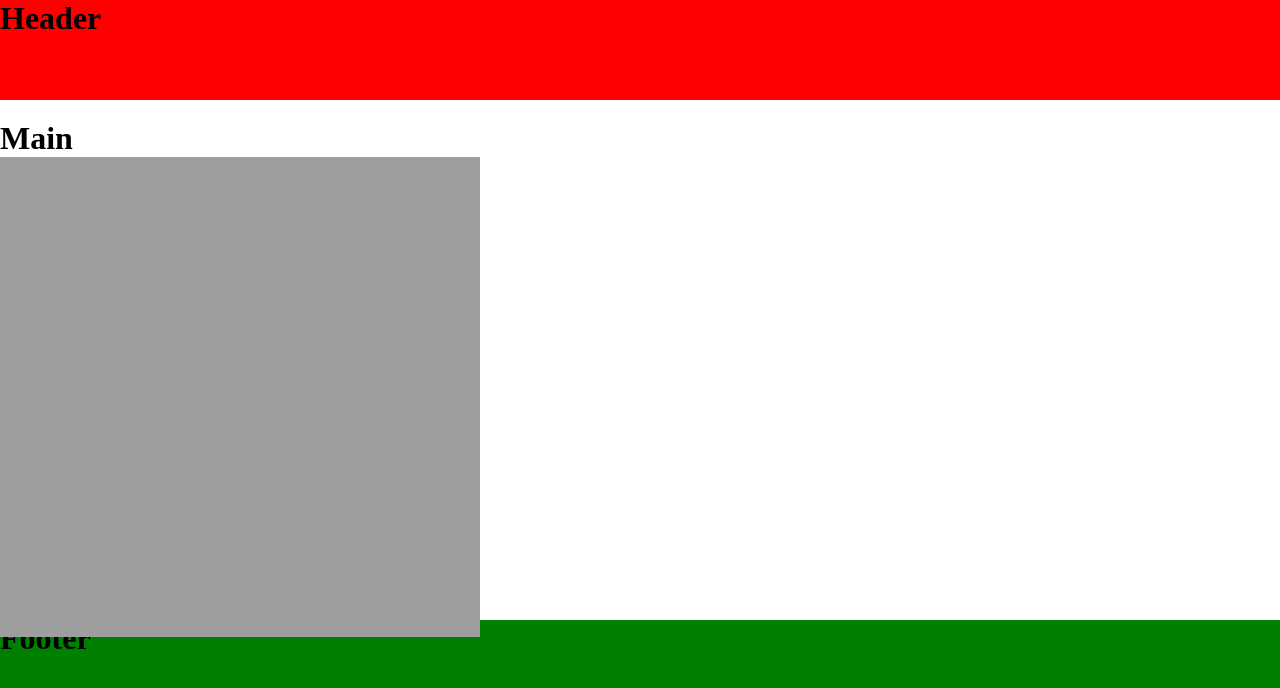
Repository: jameswilky/chess
Page: index.html
The author's editor kept a copy of each file at every save. The page is drawn from the files as they stood at one save, then again after the next save.
The browser window is 1280 px wide. The pictures show the whole page.

Above is the page before, as saved 2018-11-21 20:32:34.

### index.html
<!DOCTYPE html>
<html>

<head>
    <meta charset="utf-8" />
    <title>Chess</title>
    <link href="style.css" rel="stylesheet">
</head>

<body>

    <div class="wrapper">
        <header>
            <h1>Header</h1>

        </header>
    </div>
    <div class="game">
        <h1>Main</h1>
        <canvas id="board"></canvas>
        <canvas id="markers"></canvas>
        <canvas id="chessmen_layer"></canvas>
    </div>
    <footer>
        <h1>Footer</h1>
    </footer>
    </div>





</body>

<script src="board.js"></script>
<script src="chessmen.js"></script>
<script src="mouse.js"></script>
<script src="game.js"></script>

</html>

### style.css
* {
  padding: 0;
  margin: 0;
}

.game{
  position: absolute;
  height: 480px;
  width: 480px;
  grid-area: game;
  top:100px;
  bottom:100px;
  margin:auto;
}

#board {
  left : 0; z-index:0; position: absolute;
}

#markers {
  left : 0; z-index:0; position: absolute;
}

#chessmen_layer {
 left : 0; z-index:1; position: absolute;
}

header{
  position: absolute;
  background-color: red;
  top:0;
  right: 0;
  left: 0;
  height: 100px;
}

footer{
  position: absolute;
  right: 0;
  left: 0;
  background-color: green;
  height: 100px;
  bottom: 0;
}

### board.js
//Define globals
const WIDTH = 480;
const HEIGHT = 480;
const N = 8;
const TILE_SIZE = HEIGHT / N; // 60

//Define board canvas
const board = document.getElementById("board");
const board_ctx = board.getContext("2d");
board.height = HEIGHT;
board.width = WIDTH;
let primary_color = "#a87e2b";
let secondary_color = "#ffdf9e";

//Define marker layer
const markers = document.getElementById("markers");
const markers_ctx = markers.getContext("2d");
markers.height = HEIGHT;
markers.width = WIDTH;

//Define chessmen layer
const chessmen_layer = document.getElementById("chessmen_layer");
const chessmen_ctx = chessmen_layer.getContext("2d");
chessmen_layer.height = HEIGHT;
chessmen_layer.width = WIDTH;

//Used for drawing
function drawRect(ctx, x, y, color) {
  ctx.beginPath();
  ctx.rect(x, y, TILE_SIZE, TILE_SIZE);
  ctx.fillStyle = color;
  ctx.fill();
  ctx.closePath();
}

function initialize_board() {
  // Initialize graphical and logical board
  let i, j, x, y = 0;
  let prev_color;
  for (i = 0; i < N; i++) {
    y = TILE_SIZE * i;
    if (i % 2 == 0) { //If even, start with a black grid
      prev_color = secondary_color;
    }
    else { //If odd, start with a #ffcf7c grid
      prev_color = primary_color;
    }
    for (j = 0; j < N; j++) {
      x = TILE_SIZE * j;

      if (prev_color == primary_color) { //If last block black, make this block #ffcf7c
        prev_color = secondary_color;
      }
      else if (prev_color == secondary_color) { //If last block #ffcf7c, make this block black
        prev_color = primary_color;
      }
      drawRect(board_ctx, x, y, prev_color);

    }
  }
}

### chessmen.js
let chessmen = []; // Hold living chest piece objects

// Populate list of current chess pieces
function init_chessmen(items) {
  for (let id = 0; id < items.length; id++) {
    chessmen[id] = new Chessman(id, items[id].type, items[id].row, items[id].col, items[id].faction);
    chessmen[id].render(chessmen_ctx);
  }
}

//Chest piece constructor
function Chessman(id, type, row, col, faction) {
  this.name = type + "_" + faction + "_" + id;
  this.id = id;
  this.type = type;
  this.position = {
    logical: { col: col, row: row },
    graphical: { //calculate position of chest piece
      x: (col * TILE_SIZE), y: (row * TILE_SIZE)
    }
  }
  this.faction = faction;
  this.sprite = "/images/" + type + "_" + faction + ".png";
  this.options = []; // holds objects containing possible locations to move
  this.render = function () {
    //Draws the chest piece
    let img = new Image();
    let x = this.position.graphical.x;
    let y = this.position.graphical.y;
    console.log(x, y)

    img.onload = function () {
      //Loads when img.src is called
      chessmen_ctx.beginPath();
      chessmen_ctx.drawImage(img, x, y);
      chessmen_ctx.closePath();
    }
    img.src = this.sprite;
  }
  this.derender = function () {
    chessmen_ctx.beginPath();
    chessmen_ctx.clearRect(this.position.graphical.x, this.position.graphical.y, TILE_SIZE, TILE_SIZE);
    chessmen_ctx.closePath();
  }
  this.calculate_movement_options = function () {
    //This function is used to determine the coordinates of each possible move for a selected tile
    this.options = []; //clear last options
    let j = 0;
    let i = 0; //used to iterate through list of options
    //console.log(type, faction, row, col)
    let r = this.position.logical.row;
    let c = this.position.logical.col;

    let options = this.options;

    function check_tile(row, col, diag, isPawn) {
      //diag is an optional variable for pawn sideways movement logic
      diag = diag || false;
      isPawn = isPawn || false;

      //Checks the status of the board to see if the chessman can move to selected tile

      let option = {}; //edited, used to hold {faction:faction}
      //Check tile does not exceed bounds of the board
      if (row > 7 || row < 0 || col > 7 || col < 0) {
        return false;
      }

      //Check if target tile contains a chessman of same faction
      let isFriendly = false;
      let isEnemy = false;

      chessmen.forEach(chessman => {
        if (chessman.position.logical.row == row && chessman.position.logical.col == col) { //Check if position is occupied
          if (chessman.faction == faction) {
            isFriendly = true;
          }
          else { //tile is occupied by enemy
            isEnemy = true;
          }
          option.contains = chessman;
        }
      })

      //pawn logic
      if (diag && isEnemy) {
        option.row = row;
        option.col = col;
        options[i] = option;
        i++;
      }
      if (diag && !isEnemy) {
        return
      }

      //if tile does not contain friendly chessmen, or if its an enemy create new option
      if (!isFriendly || isEnemy) {
        option.row = row;
        option.col = col;
        options[i] = option;
        i++;
      }
      return isFriendly || isEnemy;

    }

    if (this.type == "pawn") {
      if (this.faction == "black") {
        check_tile(r + 1, c);//south
        check_tile(r + 1, c + 1, true) // south East
        check_tile(r + 1, c - 1, true) //south West
        if (this.nMoves == 0) {
          check_tile(r + 2, c); //Extra move on first turn
        }
      }
      if (this.faction == "white") {
        check_tile(r - 1, c); //north
        check_tile(r - 1, c + 1, true) // North East
        check_tile(r - 1, c - 1, true) //North West
        if (this.nMoves == 0) {
          check_tile(r - 2, c); //Extra move on first turn
        }
      }
    }
    if (this.type == "rook") {
      for (j = 0; j < N; j++) {// South
        if (check_tile(r + j + 1, c) == true) break
      }
      for (j = 0; j < N; j++) {// East
        if (check_tile(r, c + j + 1) == true) break
      }
      for (j = 0; j < N; j++) {// North
        if (check_tile(r - j - 1, c) == true) break
      }
      for (j = 0; j < N; j++) {// West
        if (check_tile(r, c - j - 1) == true) break
      }
    }
    if (this.type == "bishop") {
      for (j = 0; j < N; j++) { // South East
        if (check_tile(r + 1 + j, c + 1 + j) == true) break
      }
      for (j = 0; j < N; j++) { // South West
        if (check_tile(r + 1 + j, c - 1 - j) == true) break
      }
      for (j = 0; j < N; j++) { // North East
        if (check_tile(r - 1 - j, c + 1 + j) == true) break
      }
      for (j = 0; j < N; j++) { // North west
        if (check_tile(r - 1 - j, c - 1 - j) == true) break
      }
    }
    if (this.type == "queen") {
      for (j = 0; j < N; j++) { // South East
        if (check_tile(r + 1 + j, c + 1 + j) == true) break
      }
      for (j = 0; j < N; j++) { // South West
        if (check_tile(r + 1 + j, c - 1 - j) == true) break
      }
      for (j = 0; j < N; j++) { // North East
        if (check_tile(r - 1 - j, c + 1 + j) == true) break
      }
      for (j = 0; j < N; j++) { // North west
        if (check_tile(r - 1 - j, c - 1 - j) == true) break
      }
      for (j = 0; j < N; j++) {// South
        if (check_tile(r + j + 1, c) == true) break
      }
      for (j = 0; j < N; j++) {// East
        if (check_tile(r, c + j + 1) == true) break
      }
      for (j = 0; j < N; j++) {// North
        if (check_tile(r - j - 1, c) == true) break
      }
      for (j = 0; j < N; j++) {// West
        if (check_tile(r, c - j - 1) == true) break
      }
    }
    if (this.type == "king") {
      check_tile(r + 1, c + 1) //South East
      check_tile(r + 1, c - 1) //South West
      check_tile(r - 1, c + 1) // North East
      check_tile(r - 1, c - 1) //North West
      check_tile(r + 1, c) //south
      check_tile(r, c + 1) //east
      check_tile(r - 1, c) //north
      check_tile(r, c - 1) //west

    }
    if (this.type == "knight") {
      // Check each tile in clockwise order
      check_tile(r - 2, c + 1)
      check_tile(r - 1, c + 2)
      check_tile(r + 1, c + 2)
      check_tile(r + 2, c + 1)
      check_tile(r + 2, c - 1)
      check_tile(r + 1, c - 2)
      check_tile(r - 1, c - 2)
      check_tile(r - 2, c - 1)
    }

    //return array of options containing locations to highlight

  }
  this.show_movement_options = function () {
    this.options.forEach(option => {
      //Represent each available movement option with a highlighted tile
      drawRect(markers_ctx, (option.col * TILE_SIZE), (option.row * TILE_SIZE), "#635e55");
    })
  }
  this.hover = false;
  this.isKing = false;
  if (this.type == "king") {
    this.isKing = true;
  }

  this.nMoves = 0;
  this.points;
  if (this.type == "king") {
    this.points = 10;
  }
  if (this.type == "queen") {
    this.points = 9;
  }
  if (this.type == "bishop") {
    this.points = 3;
  }
  if (this.type == "knight") {
    this.points = 3;
  }
  if (this.type == "rook") {
    this.points = 5;
  }
  if (this.type == "pawn") {
    this.points = 1;
  }

  //Update graphical and logical position
  this.moveTo = function (col, row) {


    function moveIsValid(r1, r2, c1, c2, options) {
      let valid = false;

      if ((r1 == r2) && (c1 == c2)) {
        // if logical position is the same, no move was made
        valid = false;
      }
      options.forEach(option => {
        if (option.row == r2 && option.col == c2) {
          //todo check faction
          valid = true;
        }
      })
      return valid
    }

    if (moveIsValid(this.position.logical.row, row, this.position.logical.col, col, this.options)) {
      //If valid, Check if enemy chessman has been killed
      //check if desination contains an enemy
      let target = chessmen.find(chessman => {
        return (chessman.position.logical.row == row && chessman.position.logical.col == col)
      })

      // then render at new position and update logical position
      //console.log("Changed position of", chessman, "from row:", chessman.position.logical.row, " col:", chessman.position.logical.col, " to row:", row, "col:", col)

      this.derender(); //De render previous position
      this.position.logical.col = col;
      this.position.logical.row = row;
      this.position.graphical.x = this.position.logical.col * TILE_SIZE;
      this.position.graphical.y = this.position.logical.row * TILE_SIZE;
      this.derender(); //remove any chess pieces
      this.render();

      //If destination contains emeny, remove it from list of active chessmen
      if (target) {
        chessmen.splice(chessmen.indexOf(target), 1);
      }

      this.nMoves++; //used to testing if pawn is moved
      // // trigger movement event
      let event = new CustomEvent('moved');
      document.dispatchEvent(event);
    }
    else {
      //re-render original position
      this.render();
    }
  }
}

// Update location of chest pieces
function render_markers() {
  //Clear all markers
  markers_ctx.clearRect(0, 0, HEIGHT, WIDTH);

  //find chessman that matches mouse location and show movement markers
  chessmen.forEach(chessman => {
    if (chessman.hover == true) {
      chessman.show_movement_options();
    }
  });


}

### mouse.js
let dragging = false;
let selector = document.createElement("img");
;

selector.ondragstart = function () {
  return false;
};

//Compare two row/col coordinates
function coordsMatch(coord, piece) {
  let xmin = piece.x;
  let xmax = piece.x + TILE_SIZE;

  let ymin = piece.y;
  let ymax = piece.y + TILE_SIZE;

  if (
    (coord.x >= xmin) &&
    (coord.x < xmax) &&
    (coord.y >= ymin) &&
    (coord.y < ymax)
  ) {
    return true
  }
}

//Listen for when we hover over a chest piece, then draw the movement options
chessmen_layer.addEventListener('mousemove', (e) => {
  if (dragging == false) {
    let pos = {
      x: e.clientX,
      y: e.clientY
    };
    //Check all chessmen and check if clicked location matches a chessman location
    chessmen.forEach(chessman => {
      if (coordsMatch(pos, chessman.position.graphical)) {
        //If true, select that chessman
        chessman.hover = true;
      }
      else {
        //Otherwise, that chessman was not selected
        chessman.hover = false;
      }
    })
    render_markers();
  }
})

//Click and drag chessmen
chessmen_layer.addEventListener('mousedown', (e) => {

  dragging = true; //stop markers rendering while dragging pieces
  let pos = {
    x: e.clientX,
    y: e.clientY
  }
  //Check all chessmen and check if clicked location matches a chessman location
  chessmen.forEach(chessman => {
    if (coordsMatch(pos, chessman.position.graphical)) {
      if (chessman.faction == "black") {
        dragging = false;
        return
      }
      //If true, derender chessman from chessman_layer, and redraw on selector layer
      chessman.derender();

      //draw selector
      selector.style.position = 'absolute';
      selector.src = chessman.sprite;
      selector.id = 'selector';
      document.body.append(selector);

      //center selector at mouse locaiton
      moveAt(pos.x, pos.y);

      function moveAt(x, y) {
        selector.style.left = x - TILE_SIZE / 2 + 'px';
        selector.style.top = y - TILE_SIZE / 2 + 'px';
      }

      function onMouseMove(moveEvent) {
        moveAt(moveEvent.clientX, moveEvent.clientY);
      }

      // selector will follow mouse on movement
      document.addEventListener('mousemove', onMouseMove);


      // drop the selector, remove unneeded handlers
      chessmen_layer.onmouseup = function (upevent) {
        document.removeEventListener('mousemove', onMouseMove);

        //clear selector
        selector.src = ""
        // console.log("before", document.getElementById('selector'))
        // document.body.removeChild(document.getElementById('selector'))
        // console.log("after", document.getElementById('selector'))

        //convert mouse pos to a row/col logical value
        let dest = {
          x: Math.trunc(upevent.clientX / TILE_SIZE),
          y: Math.trunc(upevent.clientY / TILE_SIZE)
        }

        //console.log("Event 1")
        dragging = false; // allow marker rendering to continue
        chessmen_layer.onmouseup = null;
        //Update chessman logical location and snap to grid
        chessman.moveTo(dest.x, dest.y)
      };
    }
  })
})

### game.js
//Initialize default locations
let default_locations = [
  { tile: 0, type: "rook", row: 0, col: 0, faction: "black" },
  { tile: 1, type: "knight", row: 0, col: 1, faction: "black" },
  { tile: 2, type: "bishop", row: 0, col: 2, faction: "black" },
  { tile: 3, type: "king", row: 0, col: 3, faction: "black" },
  { tile: 4, type: "queen", row: 0, col: 4, faction: "black" },
  { tile: 5, type: "bishop", row: 0, col: 5, faction: "black" },
  { tile: 6, type: "knight", row: 0, col: 6, faction: "black" },
  { tile: 7, type: "rook", row: 0, col: 7, faction: "black" },
  { tile: 8, type: "pawn", row: 1, col: 0, faction: "black" },
  { tile: 9, type: "pawn", row: 1, col: 1, faction: "black" },
  { tile: 10, type: "pawn", row: 1, col: 2, faction: "black" },
  { tile: 11, type: "pawn", row: 1, col: 3, faction: "black" },
  { tile: 12, type: "pawn", row: 1, col: 4, faction: "black" },
  { tile: 13, type: "pawn", row: 1, col: 5, faction: "black" },
  { tile: 14, type: "pawn", row: 1, col: 6, faction: "black" },
  { tile: 15, type: "pawn", row: 1, col: 7, faction: "black" },

  { tile: 48, type: "pawn", row: 6, col: 0, faction: "white" },
  { tile: 49, type: "pawn", row: 6, col: 1, faction: "white" },
  { tile: 50, type: "pawn", row: 6, col: 2, faction: "white" },
  { tile: 51, type: "pawn", row: 6, col: 3, faction: "white" },
  { tile: 52, type: "pawn", row: 6, col: 4, faction: "white" },
  { tile: 53, type: "pawn", row: 6, col: 5, faction: "white" },
  { tile: 54, type: "pawn", row: 6, col: 6, faction: "white" },
  { tile: 55, type: "pawn", row: 6, col: 7, faction: "white" },
  { tile: 56, type: "rook", row: 7, col: 0, faction: "white" },
  { tile: 57, type: "knight", row: 7, col: 1, faction: "white" },
  { tile: 58, type: "bishop", row: 7, col: 2, faction: "white" },
  { tile: 59, type: "king", row: 7, col: 3, faction: "white" },
  { tile: 60, type: "queen", row: 7, col: 4, faction: "white" },
  { tile: 61, type: "bishop", row: 7, col: 5, faction: "white" },
  { tile: 62, type: "knight", row: 7, col: 6, faction: "white" },
  { tile: 63, type: "rook", row: 7, col: 7, faction: "white" },

]

let turn = 0;
let IsWhiteTurn = false;
let IsBlackTurn = false;
let game = true;
let AIOptions = [];


function set_turn() {
  if (turn % 2 == 0) {
    IsWhiteTurn = true;
    IsBlackTurn = false;
    //console.log("White players turn")
  }
  else {
    IsBlackTurn = true;
    IsWhiteTurn = false;
    //console.log("Black players turn")
  }
  turn += 1;
}

function determineAIOptions() {
  let AIOptions = [];
  let i = 0;
  chessmen.forEach(chessman => {
    if (chessman.faction == 'black') {
      chessman.options.forEach(option => {
        let AIOption = {}; //dereference object
        AIOption.row = option.row;
        AIOption.col = option.col;
        if (option.contains) {
          AIOption.points = option.contains.points;
        }
        AIOption.chessman = chessman;
        AIOptions[i] = AIOption;
        i++;
      })
    }
  })
  return AIOptions;

}

function AIMove(options) {
  let max = 0;
  let choice = {};
  options.forEach(option => {
    if (option.points) {
      if (option.points > max) {
        max = option.points;
        choice = option;
      }
    }
  })
  if (max == 0) {
    choice = options[Math.floor(Math.random() * options.length)];  //Return a random choice
  }
  choice.chessman.moveTo(choice.col, choice.row)
  //calculate AI
}


//Set up board
initialize_board();
init_chessmen(default_locations);
chessmen.forEach(chessman => {
  chessman.calculate_movement_options();
})
set_turn();
function checkKing() {
  let kings = chessmen.filter(chessman => chessman.isKing == true)
  if (kings.length == 1) {
    alert(kings[0].faction + " Wins!!!")
  }
}

// Listen for movement
document.addEventListener('moved', function (event) {
  //check if king died last turn;
  checkKing();
  set_turn();
  //Calculate new movement positiifons
  chessmen.forEach(chessman => {
    chessman.calculate_movement_options();
  })

  if (IsBlackTurn) {
    //Run black turn AI
    chessmen.forEach(chessman => {
      chessman.calculate_movement_options(); //assign new options
    })
    AIOptions = determineAIOptions();
    AIMove(AIOptions);
  }
}, false);

After the next save:
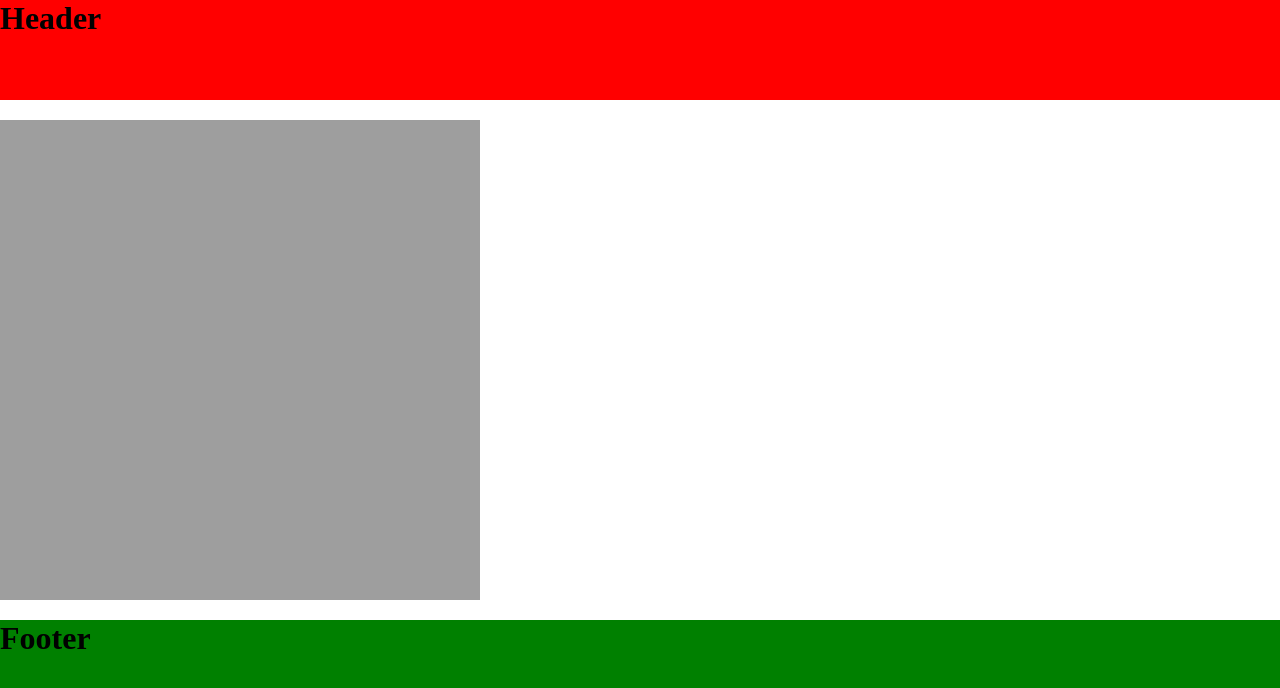
Saved 5 s later.
--- a/index.html
+++ b/index.html
@@ -16,7 +16,6 @@
         </header>
     </div>
     <div class="game">
-        <h1>Main</h1>
         <canvas id="board"></canvas>
         <canvas id="markers"></canvas>
         <canvas id="chessmen_layer"></canvas>
